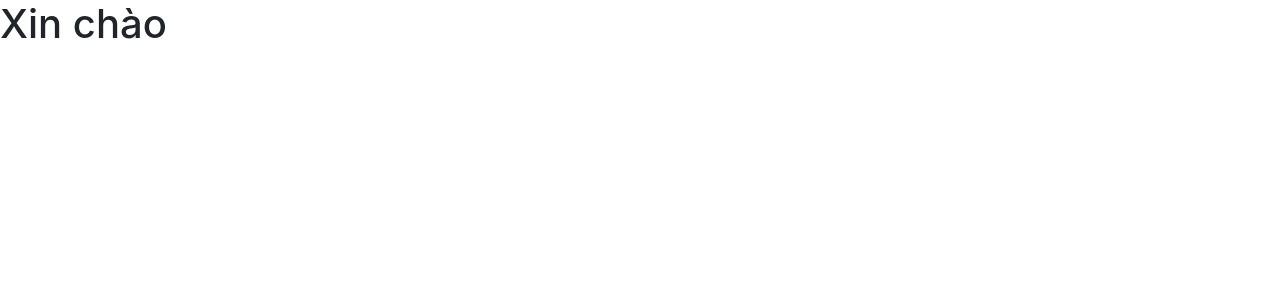
Repository: anhthanh96vp/pre-learner
Page: Vuejs/component/5-component.html
An editor plug-in stored every save of this project. The page is shown before and after the next save, followed by the edit.
The browser window is 1280 px wide. The pictures show the whole page.
Some web libraries are served in a nearby version.

Above is the page before, as saved 2018-05-24 14:27:03.

After the next save:
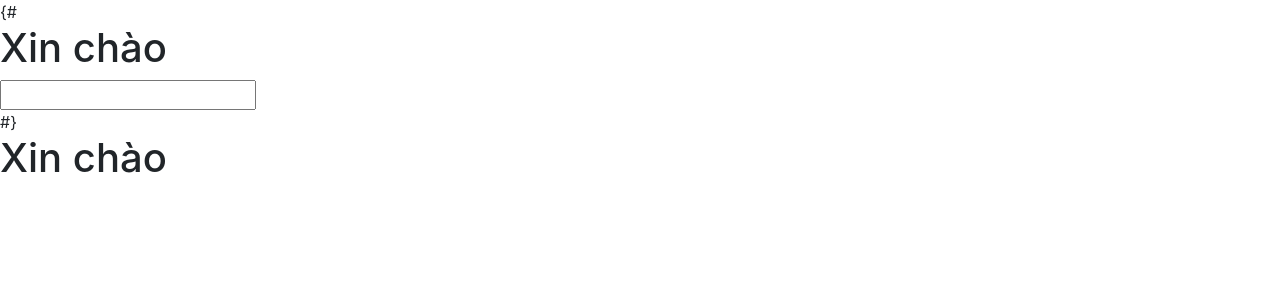
Saved 10 s later.
--- a/Vuejs/component/5-component.html
+++ b/Vuejs/component/5-component.html
@@ -32,7 +32,9 @@
     <div id="app">
 
 
-           <hello-component></all-component>
+           {# <hello-component></hello-component>
+           <form-component></form-component> #}
+            <hello-component></hello-component>
 
     </div>
 
